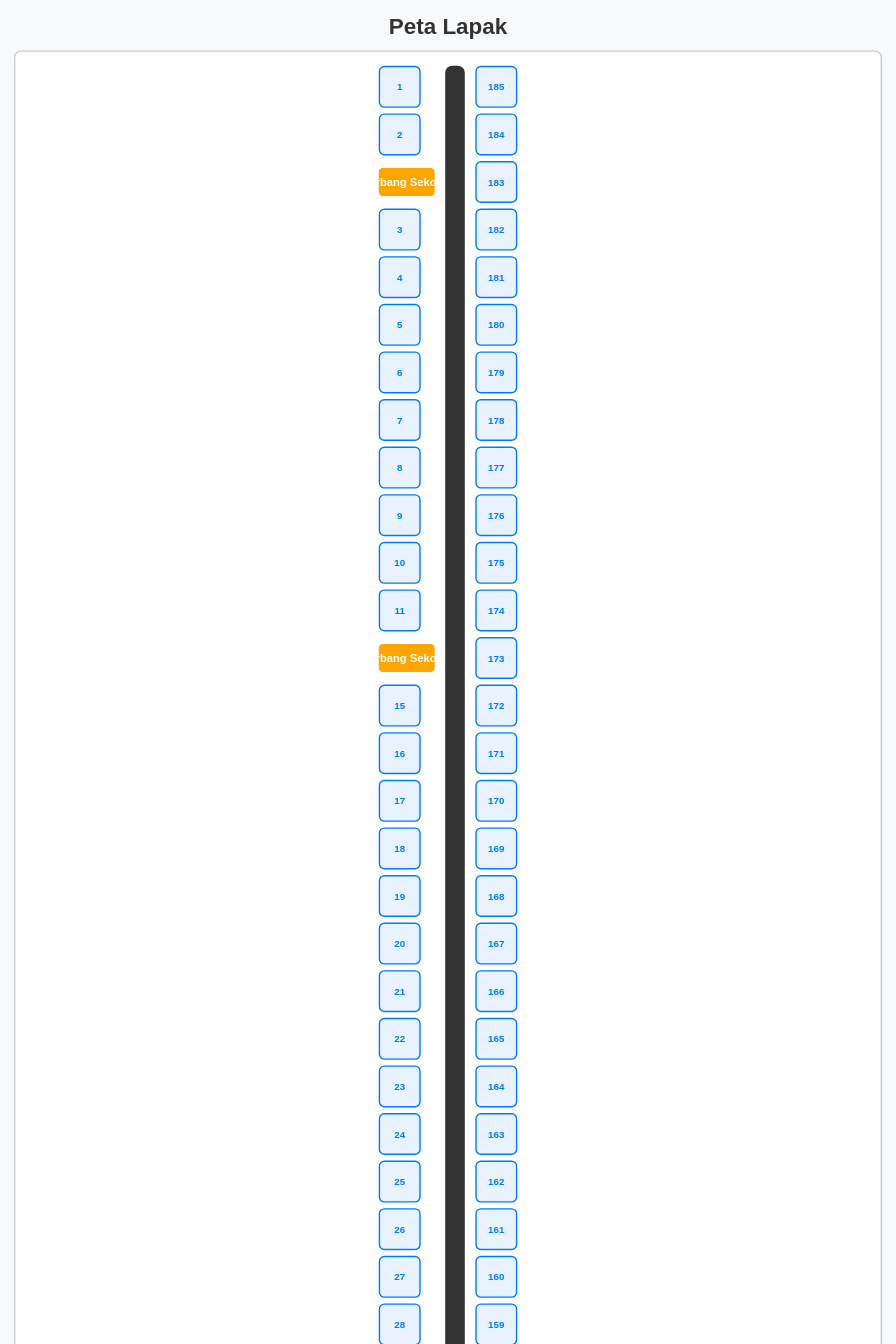
Repository: pasarrakyatbak/denah
Page: index.html
An editor plug-in stored every save of this project. The page is shown before and after the next save, followed by the edit.
The browser window is 1280 px wide. The pictures show the part of the page from y = 0 to 1920 px (the page is 7676 px tall before and 7656 px after), at 70% of full size.

Above is the page before, as saved 2025-09-19 08:00:30.

After the next save:
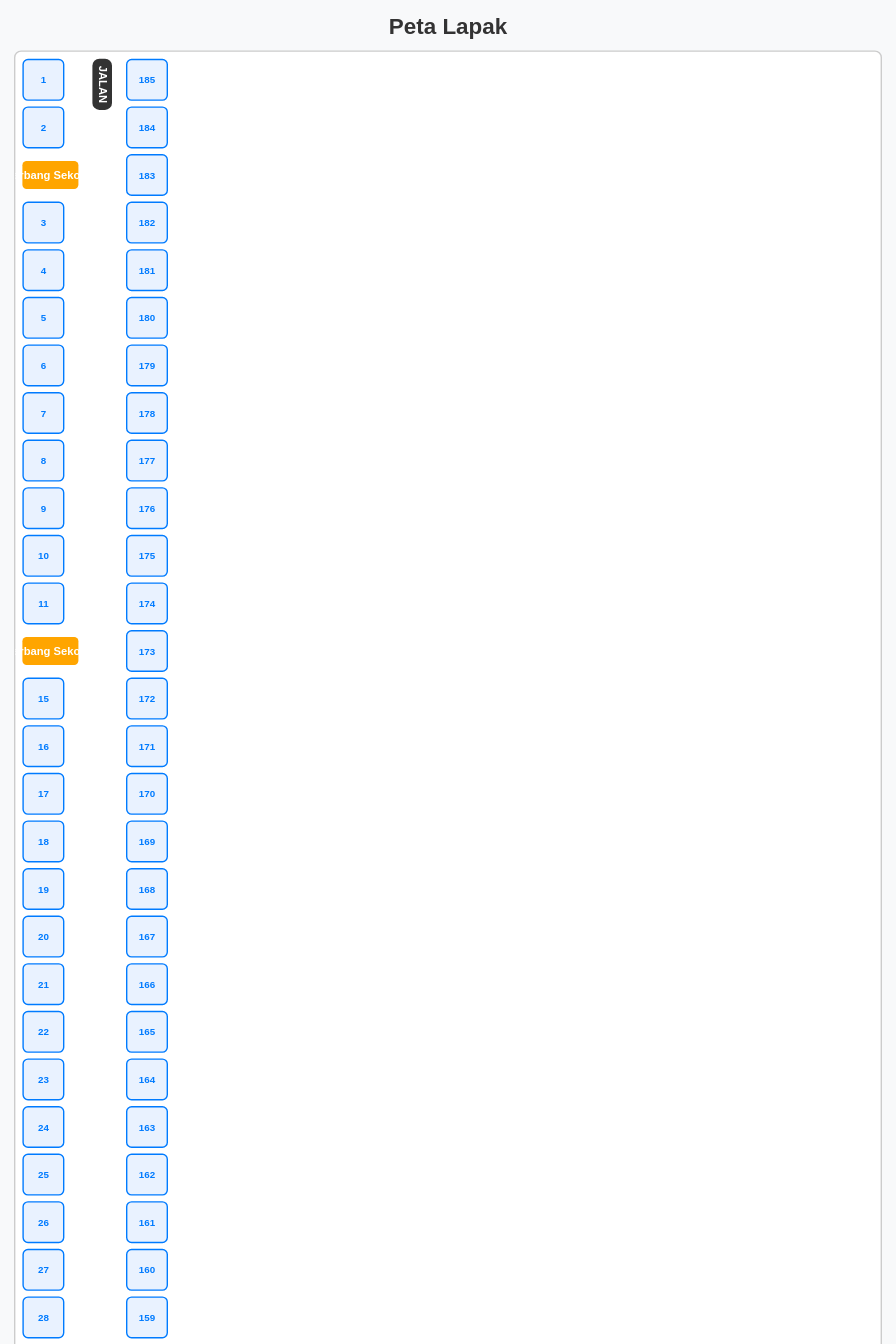
Saved 9 s later.
--- a/style.css
+++ b/style.css
@@ -33,10 +33,11 @@ h1 {
 .road-layout {
     display: flex;
     flex-direction: row;
-    justify-content: center;
-    padding: 10px;
-    gap: 15px;
+    /* horizontal */
+    align-items: flex-start;
+    gap: 20px;
 }
+
 
 /* Kolom sisi */
 .side {
